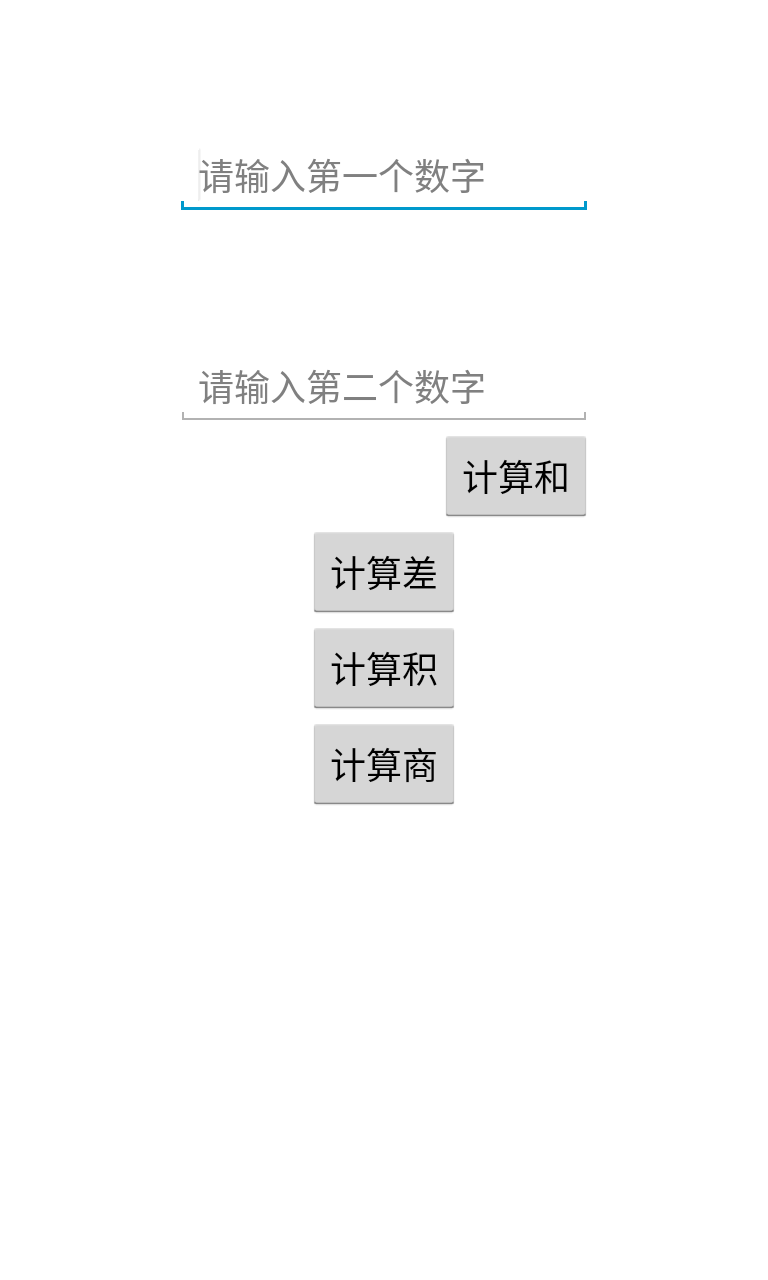
Repository: KungW/windows_learn_java_track
Layout: Caculator/res/layout/activity_main.xml
These files come from the project's save history. The layout is drawn as it stood at one moment and after the next save; the edit follows.
It is drawn on a 768 x 1280 px phone screen (xhdpi) without system bars, with theme AppTheme; the app's code is not run.

Above is the layout before, as saved 2016-10-14 07:40:33.

After the next save:
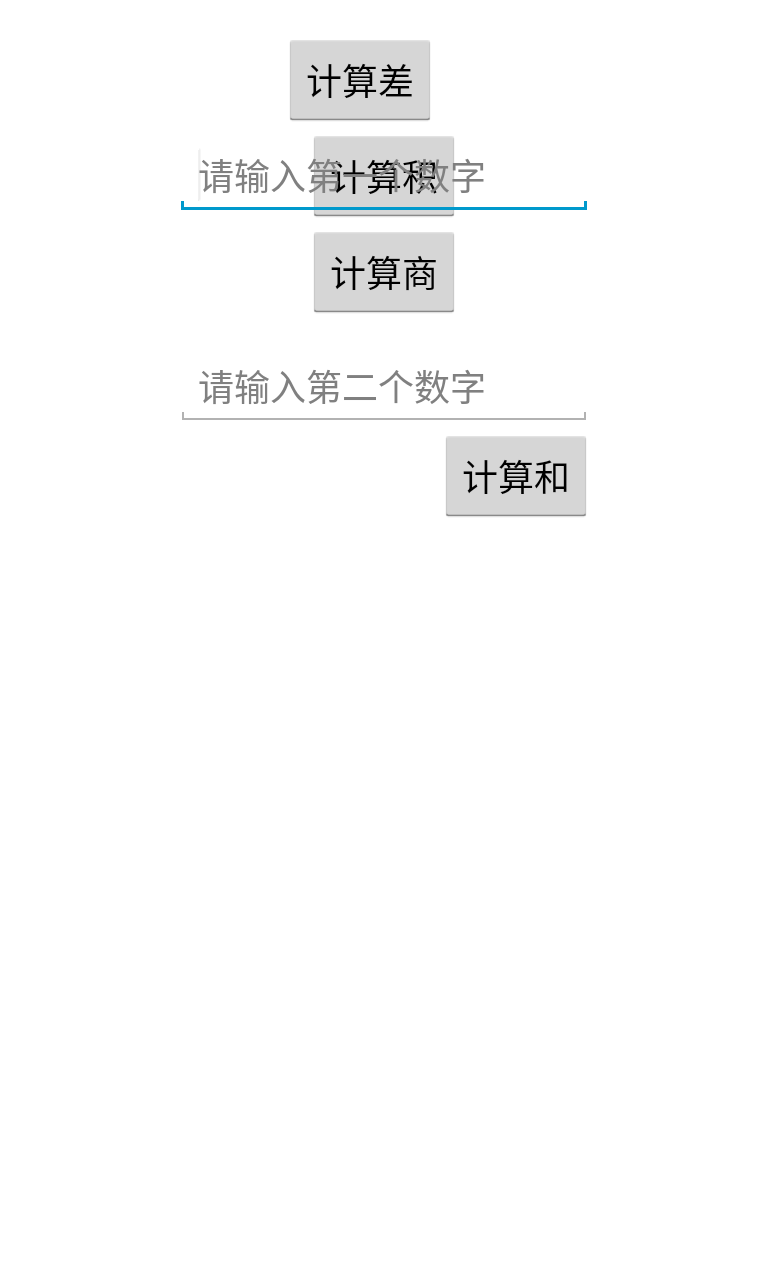
Saved 95 s later.
--- a/Caculator/res/layout/activity_main.xml
+++ b/Caculator/res/layout/activity_main.xml
@@ -24,14 +24,12 @@
         android:layout_height="wrap_content"
         android:layout_below="@+id/editText2"
         android:layout_alignRight="@id/editText2"
-        android:layout_centerHorizontal="true"
         android:text="计算和" />
     <Button
         android:id="@+id/button2"
         android:layout_width="wrap_content"
         android:layout_height="wrap_content"
-        android:layout_below="@id/button1"
-        android:layout_centerHorizontal="true"
+        android:layout_toLeftOf="@id/button1"
         android:text="计算差" />
     <Button
         android:id="@+id/button3"
